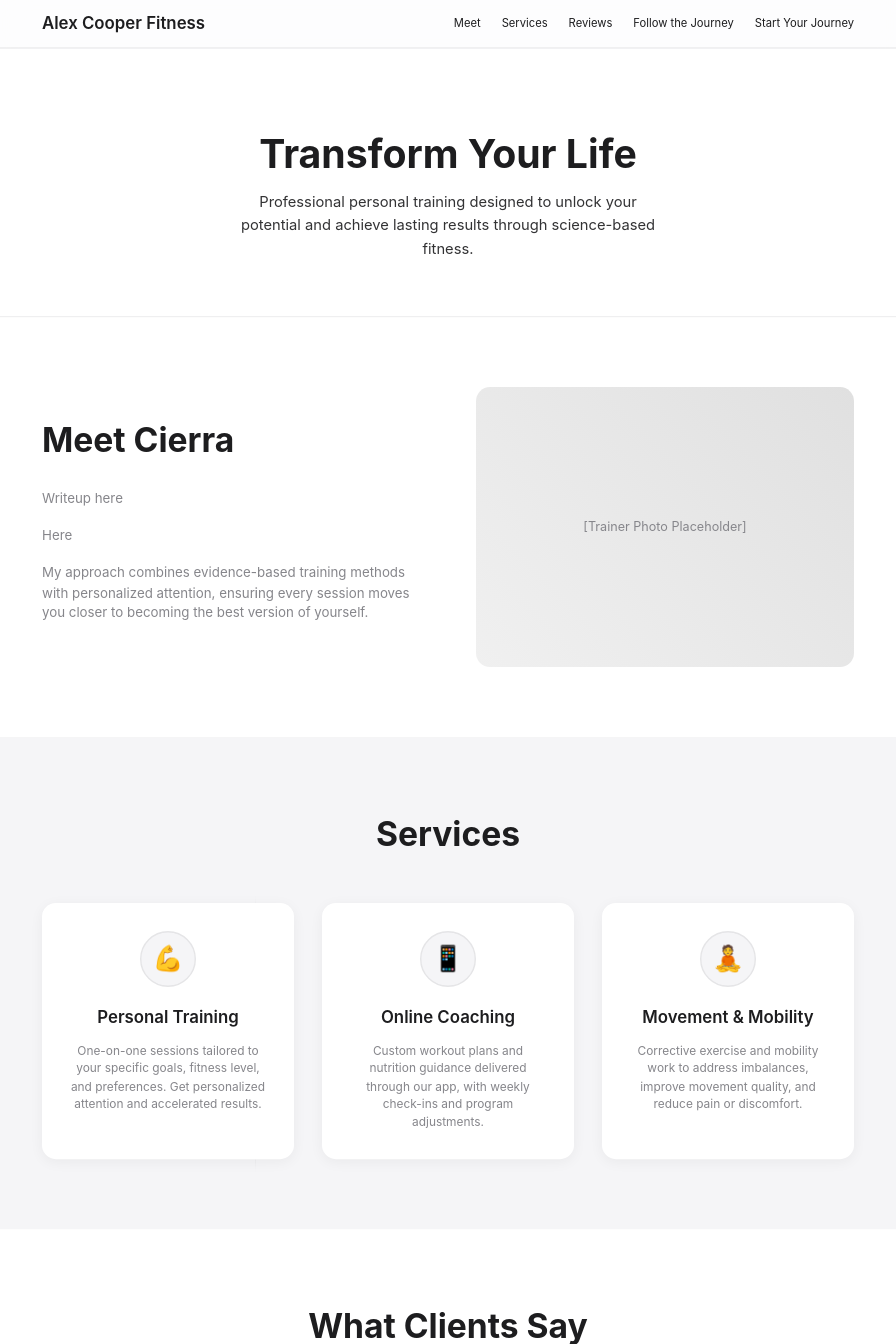
Repository: Hinuix/Ear-Website
Page: index.html
The author's editor kept a copy of each file at every save. The page is drawn from the files as they stood at one save, then again after the next save.
The browser window is 1280 px wide. The pictures show the part of the page from y = 0 to 1920 px (the page is 4317 px tall), at 70% of full size.

Above is the page before, as saved 2025-08-10 12:14:26.

### index.html
<!DOCTYPE html>
<html lang="en">
<head>
    <meta charset="UTF-8">
    <meta name="viewport" content="width=device-width, initial-scale=1.0">
    <title>Alex Cooper - Personal Training</title>
    <style>
        * {
            margin: 0;
            padding: 0;
            box-sizing: border-box;
        }

        body {
            font-family: -apple-system, BlinkMacSystemFont, 'Segoe UI', Roboto, sans-serif;
            line-height: 1.6;
            color: #1d1d1f;
            background: #f5f5f7;
        }

        .container {
            max-width: 1200px;
            margin: 0 auto;
            padding: 0 20px;
        }

        /* Header */
        header {
            background: rgba(255, 255, 255, 0.8);
            backdrop-filter: blur(20px);
            position: fixed;
            top: 0;
            width: 100%;
            z-index: 1000;
            border-bottom: 1px solid rgba(0, 0, 0, 0.1);
        }

        nav {
            display: flex;
            justify-content: space-between;
            align-items: center;
            padding: 15px 20px;
            max-width: 1200px;
            margin: 0 auto;
        }

        .logo {
            font-size: 24px;
            font-weight: 600;
            color: #1d1d1f;
        }

        .nav-links {
            display: flex;
            list-style: none;
            gap: 30px;
        }

        .nav-links a {
            text-decoration: none;
            color: #1d1d1f;
            font-weight: 400;
            transition: color 0.3s ease;
        }

        .nav-links a:hover {
            color: #86868b;
        }

        /* Hero Section */
        .hero {
            background: white;
            color: #1d1d1f;
            text-align: center;
            padding: 120px 0 80px;
            margin-top: 70px;
            border-bottom: 1px solid #e5e5e7;
        }

        .hero h1 {
            font-size: 56px;
            font-weight: 700;
            margin-bottom: 20px;
            line-height: 1.1;
        }

        .hero p {
            font-size: 21px;
            font-weight: 400;
            opacity: 0.9;
            max-width: 600px;
            margin: 0 auto;
        }

        /* About Section */
        .about {
            padding: 100px 0;
            background: white;
        }

        .about-content {
            display: grid;
            grid-template-columns: 1fr 1fr;
            gap: 80px;
            align-items: center;
        }

        .about-text h2 {
            font-size: 48px;
            font-weight: 700;
            margin-bottom: 30px;
            color: #1d1d1f;
        }

        .about-text p {
            font-size: 19px;
            color: #86868b;
            margin-bottom: 25px;
            line-height: 1.5;
        }

        .about-image {
            background: linear-gradient(45deg, #f0f0f0, #e0e0e0);
            height: 400px;
            border-radius: 20px;
            display: flex;
            align-items: center;
            justify-content: center;
            font-size: 18px;
            color: #86868b;
        }

        /* Services Section */
        .services {
            padding: 100px 0;
            background: #f5f5f7;
        }

        .services h2 {
            text-align: center;
            font-size: 48px;
            font-weight: 700;
            margin-bottom: 60px;
            color: #1d1d1f;
        }

        .services-grid {
            display: grid;
            grid-template-columns: repeat(auto-fit, minmax(300px, 1fr));
            gap: 40px;
        }

        .service-card {
            background: white;
            padding: 40px;
            border-radius: 20px;
            text-align: center;
            box-shadow: 0 4px 20px rgba(0, 0, 0, 0.05);
            transition: transform 0.3s ease, box-shadow 0.3s ease;
        }

        .service-card:hover {
            transform: translateY(-5px);
            box-shadow: 0 8px 30px rgba(0, 0, 0, 0.1);
        }

        .service-icon {
            width: 80px;
            height: 80px;
            background: #f5f5f7;
            border: 2px solid #e5e5e7;
            border-radius: 50%;
            display: flex;
            align-items: center;
            justify-content: center;
            margin: 0 auto 25px;
            font-size: 36px;
            color: #1d1d1f;
        }

        .service-card h3 {
            font-size: 24px;
            font-weight: 600;
            margin-bottom: 15px;
            color: #1d1d1f;
        }

        .service-card p {
            font-size: 17px;
            color: #86868b;
            line-height: 1.5;
        }

        /* Testimonials Section */
        .testimonials {
            padding: 100px 0;
            background: white;
        }

        .testimonials h2 {
            text-align: center;
            font-size: 48px;
            font-weight: 700;
            margin-bottom: 60px;
            color: #1d1d1f;
        }

        .testimonials-grid {
            display: grid;
            grid-template-columns: repeat(auto-fit, minmax(350px, 1fr));
            gap: 40px;
        }

        .testimonial-card {
            background: #f5f5f7;
            padding: 40px;
            border-radius: 20px;
            text-align: center;
            transition: transform 0.3s ease;
        }

        .testimonial-card:hover {
            transform: translateY(-5px);
        }

        .stars {
            font-size: 24px;
            color: #ffcc02;
            margin-bottom: 20px;
        }

        .testimonial-card p {
            font-size: 18px;
            color: #1d1d1f;
            font-style: italic;
            line-height: 1.6;
            margin-bottom: 25px;
        }

        .testimonial-author {
            border-top: 1px solid #e5e5e7;
            padding-top: 20px;
        }

        .testimonial-author strong {
            display: block;
            font-size: 17px;
            color: #1d1d1f;
            margin-bottom: 5px;
        }

        .testimonial-author span {
            font-size: 15px;
            color: #86868b;
        }

        /* Contact Section */
        .contact {
            padding: 100px 0;
            background: white;
        }

        .contact h2 {
            text-align: center;
            font-size: 48px;
            font-weight: 700;
            margin-bottom: 20px;
            color: #1d1d1f;
        }

        .contact-subtitle {
            text-align: center;
            font-size: 21px;
            color: #86868b;
            margin-bottom: 60px;
        }

        .contact-form {
            max-width: 600px;
            margin: 0 auto;
        }

        .form-group {
            margin-bottom: 30px;
        }

        .form-group label {
            display: block;
            font-size: 17px;
            font-weight: 600;
            color: #1d1d1f;
            margin-bottom: 8px;
        }

        .form-group input,
        .form-group textarea {
            width: 100%;
            padding: 15px 20px;
            border: 1px solid #d2d2d7;
            border-radius: 12px;
            font-size: 17px;
            font-family: inherit;
            transition: border-color 0.3s ease, box-shadow 0.3s ease;
            background: #fbfbfd;
        }

        .form-group input:focus,
        .form-group textarea:focus {
            outline: none;
            border-color: #86868b;
            box-shadow: 0 0 0 3px rgba(134, 134, 139, 0.1);
        }

        .form-group textarea {
            height: 120px;
            resize: vertical;
        }

        .submit-btn {
            background: #1d1d1f;
            color: white;
            border: none;
            padding: 15px 40px;
            border-radius: 12px;
            font-size: 17px;
            font-weight: 600;
            cursor: pointer;
            transition: transform 0.2s ease, box-shadow 0.3s ease;
            width: 100%;
        }

        .submit-btn:hover {
            transform: translateY(-2px);
            box-shadow: 0 8px 25px rgba(29, 29, 31, 0.2);
        }

        /* Instagram Section */
        .instagram {
            padding: 100px 0;
            background: #f5f5f7;
        }

        .instagram h2 {
            text-align: center;
            font-size: 48px;
            font-weight: 700;
            margin-bottom: 60px;
            color: #1d1d1f;
        }

        .instagram-scroll {
            display: flex;
            gap: 20px;
            overflow-x: auto;
            padding: 20px 0;
            scroll-behavior: smooth;
        }

        .instagram-scroll::-webkit-scrollbar {
            height: 8px;
        }

        .instagram-scroll::-webkit-scrollbar-track {
            background: #e5e5e7;
            border-radius: 4px;
        }

        .instagram-scroll::-webkit-scrollbar-thumb {
            background: #d2d2d7;
            border-radius: 4px;
        }

        .instagram-scroll::-webkit-scrollbar-thumb:hover {
            background: #b0b0b0;
        }

        .instagram-post {
            min-width: 300px;
            height: 300px;
            background: white;
            border-radius: 20px;
            overflow: hidden;
            box-shadow: 0 4px 20px rgba(0, 0, 0, 0.05);
            transition: transform 0.3s ease;
            cursor: pointer;
        }

        .instagram-post:hover {
            transform: scale(1.05);
        }

        .instagram-post img {
            width: 100%;
            height: 100%;
            object-fit: cover;
        }

        /* Footer */
        footer {
            background: #1d1d1f;
            color: white;
            text-align: center;
            padding: 60px 0;
        }

        footer p {
            font-size: 17px;
            opacity: 0.8;
        }

        /* Responsive */
        @media (max-width: 768px) {
            .nav-links {
                display: none;
            }

            .hero h1 {
                font-size: 40px;
            }

            .hero p {
                font-size: 19px;
            }

            .about-content {
                grid-template-columns: 1fr;
                gap: 40px;
            }

            .about h2,
            .services h2,
            .contact h2,
            .instagram h2 {
                font-size: 36px;
            }

            .services-grid {
                grid-template-columns: 1fr;
            }

            .instagram-post {
                min-width: 250px;
                height: 250px;
            }
        }

        /* Animations */
        @keyframes fadeInUp {
            from {
                opacity: 0;
                transform: translateY(30px);
            }
            to {
                opacity: 1;
                transform: translateY(0);
            }
        }

        .fade-in {
            animation: fadeInUp 0.8s ease-out;
        }

        /* Smooth scrolling */
        html {
            scroll-behavior: smooth;
        }
    </style>
</head>
<body>
    <!-- Header -->
    <header>
        <nav>
            <div class="logo">Alex Cooper Fitness</div>
            <ul class="nav-links">
                <li><a href="#about">Meet</a></li>
                <li><a href="#services">Services</a></li>
                <li><a href="#testimonials">Reviews</a></li>
                <li><a href="#instagram">Follow the Journey</a></li>
                <li><a href="#contact">Start Your Journey</a></li>
            </ul>
        </nav>
    </header>

    <!-- Hero Section -->
    <section class="hero">
        <div class="container">
            <h1>Transform Your Life</h1>
            <p>Professional personal training designed to unlock your potential and achieve lasting results through science-based fitness.</p>
        </div>
    </section>

    <!-- About Section -->
    <section class="about" id="about">
        <div class="container">
            <div class="about-content">
                <div class="about-text fade-in">
                    <h2>Meet Cierra</h2>
                    <p>Writeup here</p>
                    <p>Here</p>
                    <p>My approach combines evidence-based training methods with personalized attention, ensuring every session moves you closer to becoming the best version of yourself.</p>
                </div>
                <div class="about-image">
                    [Trainer Photo Placeholder]
                </div>
            </div>
        </div>
    </section>

    <!-- Services Section -->
    <section class="services" id="services">
        <div class="container">
            <h2>Services</h2>
            <div class="services-grid">
                <div class="service-card fade-in">
                    <div class="service-icon">💪</div>
                    <h3>Personal Training</h3>
                    <p>One-on-one sessions tailored to your specific goals, fitness level, and preferences. Get personalized attention and accelerated results.</p>
                </div>
                <div class="service-card fade-in">
                    <div class="service-icon">📱</div>
                    <h3>Online Coaching</h3>
                    <p>Custom workout plans and nutrition guidance delivered through our app, with weekly check-ins and program adjustments.</p>
                </div>
                <div class="service-card fade-in">
                    <div class="service-icon">🧘</div>
                    <h3>Movement & Mobility</h3>
                    <p>Corrective exercise and mobility work to address imbalances, improve movement quality, and reduce pain or discomfort.</p>
                </div>
            </div>
        </div>
    </section>

    <!-- Testimonials Section -->
    <section class="testimonials" id="testimonials">
        <div class="container">
            <h2>What Clients Say</h2>
            <div class="testimonials-grid">
                <div class="testimonial-card fade-in">
                    <div class="stars">★★★★★</div>
                    <p>"Alex completely transformed my approach to fitness. In just 6 months, I've gained strength I never thought possible and feel more confident than ever."</p>
                    <div class="testimonial-author">
                        <strong>Sarah M.</strong>
                        <span>Marketing Director</span>
                    </div>
                </div>
                <div class="testimonial-card fade-in">
                    <div class="stars">★★★★★</div>
                    <p>"The personalized training plans and constant support made all the difference. Alex truly cares about your success and adapts everything to your needs."</p>
                    <div class="testimonial-author">
                        <strong>Mike R.</strong>
                        <span>Business Owner</span>
                    </div>
                </div>
                <div class="testimonial-card fade-in">
                    <div class="stars">★★★★★</div>
                    <p>"Working with Alex has been life-changing. Not just physically, but mentally too. The confidence and energy I've gained extends to every area of my life."</p>
                    <div class="testimonial-author">
                        <strong>Jennifer L.</strong>
                        <span>Teacher</span>
                    </div>
                </div>
            </div>
        </div>
    </section>

    <!-- Instagram Section -->
    <section class="instagram" id="instagram">
        <div class="container">
            <h2>Follow the Journey</h2>
            <div class="instagram-scroll" id="instagramFeed">
                <!-- Instagram posts will be loaded here -->
            </div>
        </div>
    </section>

    <!-- Contact Section -->
    <section class="contact" id="contact">
        <div class="container">
            <h2>Start Your Journey</h2>
            <p class="contact-subtitle">Ready to take the first step? Let's discuss your goals and create a plan that works for you.</p>
            <form class="contact-form" id="contactForm">
                <div class="form-group">
                    <label for="name">Name</label>
                    <input type="text" id="name" name="name" required>
                </div>
                <div class="form-group">
                    <label for="email">Email</label>
                    <input type="email" id="email" name="email" required>
                </div>
                <div class="form-group">
                    <label for="phone">Phone</label>
                    <input type="tel" id="phone" name="phone">
                </div>
                <div class="form-group">
                    <label for="goals">Your Fitness Goals</label>
                    <textarea id="goals" name="goals" placeholder="Tell me about what you'd like to achieve..."></textarea>
                </div>
                <button type="submit" class="submit-btn">Get Started</button>
            </form>
        </div>
    </section>

    <!-- Footer -->
    <footer>
        <div class="container">
            <p>&copy; 2025 Alex Cooper Fitness. Transforming lives through fitness.</p>
        </div>
    </footer>

    <script>
        // Smooth scrolling for navigation links
        document.querySelectorAll('a[href^="#"]').forEach(anchor => {
            anchor.addEventListener('click', function (e) {
                e.preventDefault();
                const target = document.querySelector(this.getAttribute('href'));
                if (target) {
                    target.scrollIntoView({
                        behavior: 'smooth',
                        block: 'start'
                    });
                }
            });
        });

        // Form submission
        document.getElementById('contactForm').addEventListener('submit', function(e) {
            e.preventDefault();

            // Get form data
            const formData = new FormData(this);
            const data = Object.fromEntries(formData);

            // Simple validation
            if (!data.name || !data.email) {
                alert('Please fill in your name and email.');
                return;
            }

            // Simulate form submission
            alert('Thank you for your interest! I\'ll get back to you within 24 hours.');
            this.reset();
        });

        // Instagram feed simulation with sample fitness images
        const instagramPosts = [
            {
                id: 1,
                image: 'https://images.unsplash.com/photo-1571019613454-1cb2f99b2d8b?w=300&h=300&fit=crop&crop=center',
                alt: 'Workout session'
            },
            {
                id: 2,
                image: 'https://images.unsplash.com/photo-1581009146145-b5ef050c2e1e?w=300&h=300&fit=crop&crop=center',
                alt: 'Gym training'
            },
            {
                id: 3,
                image: 'https://images.unsplash.com/photo-1534438327276-14e5300c3a48?w=300&h=300&fit=crop&crop=center',
                alt: 'Fitness motivation'
            },
            {
                id: 4,
                image: 'https://images.unsplash.com/photo-1517836357463-d25dfeac3438?w=300&h=300&fit=crop&crop=center',
                alt: 'Gym equipment'
            },
            {
                id: 5,
                image: 'https://images.unsplash.com/photo-1583454110551-21f2fa2afe61?w=300&h=300&fit=crop&crop=center',
                alt: 'Personal training'
            },
            {
                id: 6,
                image: 'https://images.unsplash.com/photo-1550345332-09e3ac987658?w=300&h=300&fit=crop&crop=center',
                alt: 'Fitness lifestyle'
            },
            {
                id: 7,
                image: 'https://images.unsplash.com/photo-1571019613454-1cb2f99b2d8b?w=300&h=300&fit=crop&crop=center',
                alt: 'Training session'
            },
            {
                id: 8,
                image: 'https://images.unsplash.com/photo-1506629905607-c8bb1ee42cc6?w=300&h=300&fit=crop&crop=center',
                alt: 'Outdoor fitness'
            }
        ];

        // Load Instagram posts
        function loadInstagramPosts() {
            const instagramFeed = document.getElementById('instagramFeed');

            instagramPosts.forEach(post => {
                const postElement = document.createElement('div');
                postElement.className = 'instagram-post';
                postElement.innerHTML = `<img src="${post.image}" alt="${post.alt}" loading="lazy">`;

                // Add click handler to simulate Instagram link
                postElement.addEventListener('click', () => {
                    window.open('https://instagram.com', '_blank');
                });

                instagramFeed.appendChild(postElement);
            });
        }

        // Intersection Observer for fade-in animations
        const observerOptions = {
            threshold: 0.1,
            rootMargin: '0px 0px -50px 0px'
        };

        const observer = new IntersectionObserver((entries) => {
            entries.forEach(entry => {
                if (entry.isIntersecting) {
                    entry.target.style.opacity = '1';
                    entry.target.style.transform = 'translateY(0)';
                }
            });
        }, observerOptions);

        // Initialize when page loads
        document.addEventListener('DOMContentLoaded', function() {
            loadInstagramPosts();

            // Observe fade-in elements
            document.querySelectorAll('.fade-in').forEach(el => {
                el.style.opacity = '0';
                el.style.transform = 'translateY(30px)';
                el.style.transition = 'opacity 0.8s ease, transform 0.8s ease';
                observer.observe(el);
            });
        });

        // Parallax effect for hero section
        window.addEventListener('scroll', () => {
            const scrolled = window.pageYOffset;
            const hero = document.querySelector('.hero');
            if (hero) {
                hero.style.transform = `translateY(${scrolled * 0.5}px)`;
            }
        });
    </script>
</body>
</html>

After the next save:
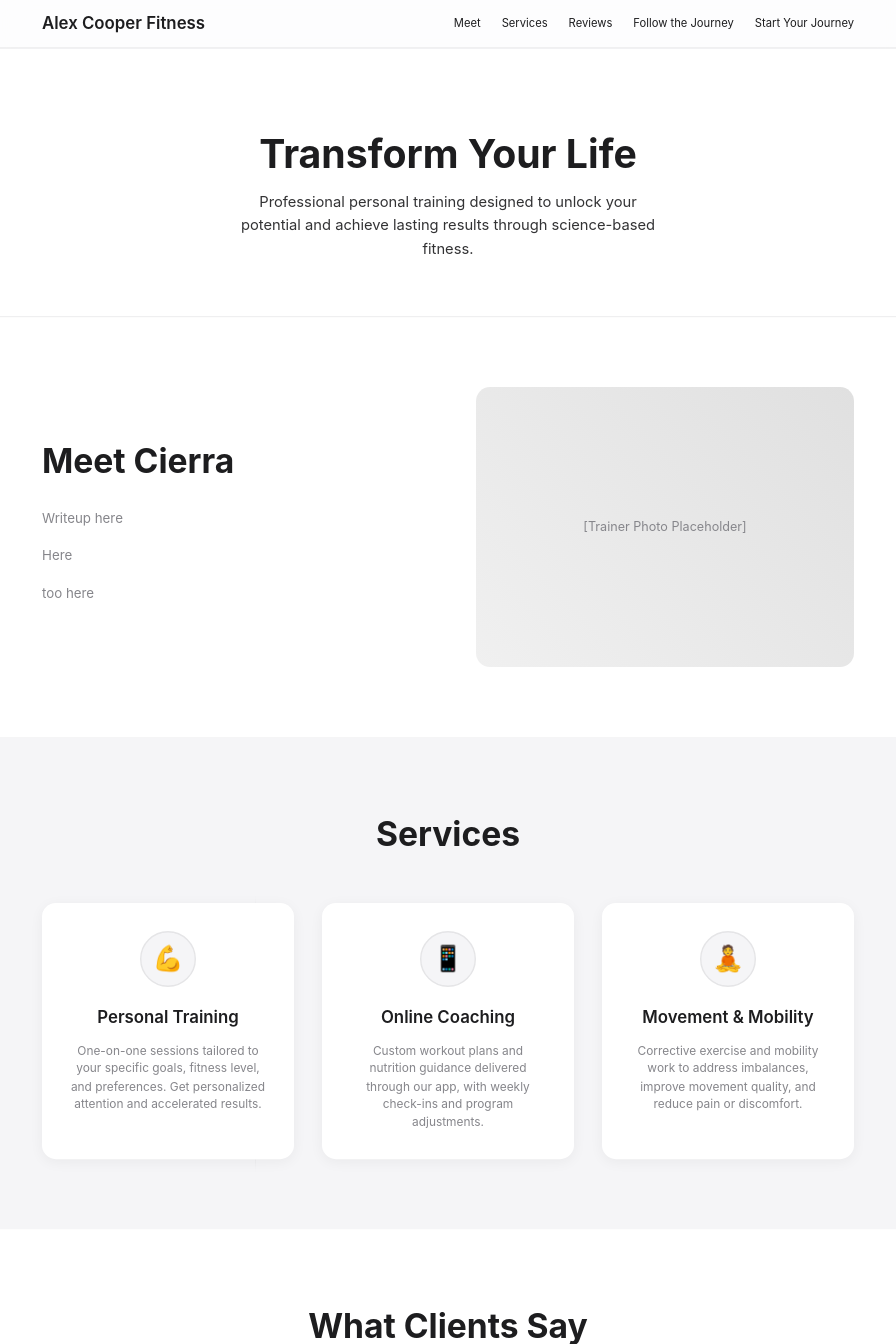
Saved 6 s later.
--- a/index.html
+++ b/index.html
@@ -497,7 +497,7 @@
                     <h2>Meet Cierra</h2>
                     <p>Writeup here</p>
                     <p>Here</p>
-                    <p>My approach combines evidence-based training methods with personalized attention, ensuring every session moves you closer to becoming the best version of yourself.</p>
+                    <p>too here</p>
                 </div>
                 <div class="about-image">
                     [Trainer Photo Placeholder]
